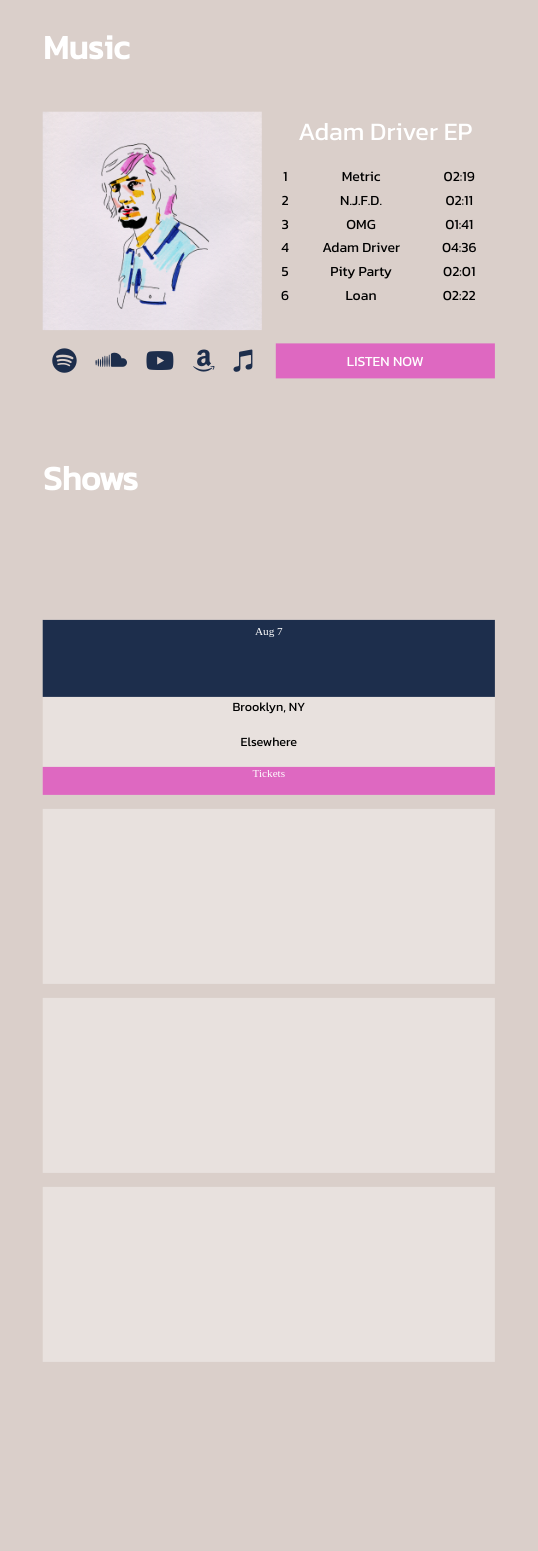
Repository: KrystellBarraza/SipperNYC
Page: index.html
An editor plug-in stored every save of this project. The page is shown before and after the next save, followed by the edit.
The browser window is 768 px wide. The pictures show the part of the page from y = 1392 to 3632 px (the page is 3607 px tall before and 3632 px after), at 70% of full size.
Some web libraries are served in a nearby version.

Above is the page before, as saved 2019-08-27 21:42:47.

### index.html
<!DOCTYPE html>
    <head>
        <meta charset="utf-8">
        <meta http-equiv="X-UA-Compatible" content="IE=edge">
        <title>Sipper</title>
        <meta name="description" content="Wholesome and intrinsically delicate, SIPPER is an NYC based band who wants nothing more than to make you enjoy whatever they put out.">
        <meta name="viewport" content="width=device-width, initial-scale=1">
        <script src="https://kit.fontawesome.com/0942df55aa.js"></script>
        <script src="https://ajax.googleapis.com/ajax/libs/jquery/3.4.1/jquery.min.js"></script>
        <link rel="stylesheet" href="https://ajax.googleapis.com/ajax/libs/jqueryui/1.12.1/themes/smoothness/jquery-ui.css">
        <script src="https://ajax.googleapis.com/ajax/libs/jqueryui/1.12.1/jquery-ui.min.js"></script>
        <link href="https://fonts.googleapis.com/css?family=Kanit&display=swap" rel="stylesheet">
        <link rel="stylesheet" href="venobox/venoboxcopy.css" type="text/css" media="screen">
        <link rel="stylesheet" href="style.css">
    </head>
    <body>

        <div class="container-home">
            <div class="head">
                <header>
                    <h1><a href="index.html">Sipper</a></h1>

                    <div id="toggleText">
                        <p class="menuToggle Open placeHolder"></p>
                        <p class="menuToggle Close" style="color: #FFF;"></p>
                    </div>

                    <div id="menu">
                        <ul id="hiddenMenu">
                            <li><a href="#video">Video</a></li>
                            <li><a href="#music">Music</a></li>
                            <li><a href="#shows">Shows</a></li>
                            <li><a href="#about">About</a></li>
                        </ul>
                    </div>

                    <div class="inlineMenu">
                        <a href="#video">Video</a>
                        <a href="#music">Music</a>
                        <a href="#shows">Shows</a>
                        <a href="#about">About</a>
                    </div>

                </header>
            </div>

            <div id="menu-container"></div>

            <div class="menu">
                <div class="flexbox-nav">
                    <nav class="side-Nav">
                        <li><a href="#video">Video</a></li>
                        <li><a href="#music">Music</a></li>
                        <li><a href="#shows">Shows</a></li>
                        <li><a href="#about">About</a></li>
                    </nav>
                </div>
            </div>

            <div class="album">
                <img src="images/albumcover.jpg">
            </div>

            <div class="footer"></div>

        </div>


        <div class="container-video">
            <div class="head-video">
                <h1 id="video">Video</h1>
            </div>

            <div class="container video-a">
                <div class="content">
                    <a class="venobox" data-autoplay="true" data-vbtype="video" data-gall="myGallery" href="https://youtu.be/N3MalJX4Ll4">
                        <div class="content-overlay"></div>
                        <img class="content-image" src="images/AdamDriver.jpg" alt="Adam Driver">
                        <div class="content-details fadeIn-bottom">
                            <p class="content-title">Adam Driver</p>
                        </div>
                    </a>
                </div>
            </div>

            <div class="container video-b">
                <div class="content">
                    <a class="venobox" data-autoplay="true" data-vbtype="video" data-gall="myGallery" href="https://youtu.be/suzVxfuO1rU">
                        <div class="content-overlay"></div>
                        <img class="content-image" src="images/Metric.jpg" alt="Metric">
                        <div class="content-details fadeIn-top">
                            <p class="content-title">Metric</p>
                        </div>
                    </a>
                </div>
            </div>

            <div class="container video-c">
                <div class="content">
                    <a class="venobox" data-autoplay="true" data-vbtype="video" data-gall="myGallery" href="https://youtu.be/sNYNVeHuiyg">
                        <div class="content-overlay"></div>
                        <img class="content-image" src="images/NJFD.jpg" alt="N.J.F.D.">
                        <div class="content-details fadeIn-left">
                            <p class="content-title">N.J.F.D.</p>
                        </div>
                    </a>
                </div>
            </div>

            <div class="container video-d">
                <div class="content">
                    <a class="venobox" data-autoplay="true" data-vbtype="video" data-gall="myGallery" href="https://youtu.be/S9CmWtUvWd0">
                        <div class="content-overlay"></div>
                        <img class="content-image" src="images/OMG.jpg" alt="OMG">
                        <div class="content-details fadeIn-right">
                            <p class="content-title">OMG</p>
                        </div>
                    </a>
                </div>
            </div>

            <div class="footer-video"></div>

        </div>

        <div class="container-music">
            <div class="head-music">
                <h1 id="music">Music</h1>
            </div>

            <div class="ep">
                <img src="images/albumcover.jpg">
            </div>

            <div class="music-k">
                <p class="ep-title">Adam Driver EP</p>

                <table>
                    <tr>
                        <td>1</td>
                        <td>Metric</td>
                        <td>02:19</td>
                    </tr>
                    <tr>
                        <td>2</td>
                        <td>N.J.F.D.</td>
                        <td>02:11</td>
                    </tr>
                    <tr>
                        <td>3</td>
                        <td>OMG</td>
                        <td>01:41</td>
                    </tr>
                    <tr>
                        <td>4</td>
                        <td>Adam Driver</td>
                        <td>04:36</td>
                    </tr>
                    <tr>
                        <td>5</td>
                        <td>Pity Party</td>
                        <td>02:01<td>
                    </tr>
                    <tr>
                        <td>6</td>
                        <td>Loan</td>
                        <td>02:22</td>
                    </tr>
                </table>
            </div>

            <div class="music-j">
                <div class="listen">
                    <a href="https://levelmusic.lnk.to/AdamDriver_EP" target="_blank">Listen Now</a>
                </div>
            </div>

            <div class="fabIcons music-g">
                <a href="https://open.spotify.com/album/55qLPgpA8Q9fKp5JZo5pjp" target="_blank"><i class="fab fa-spotify"></i></a>
                <a href="https://soundcloud.com/invertebratemusic/sets/sipper-adam-driver-ep" target="_blank"><i class="fab fa-soundcloud"></i></a>
                <a href="https://www.youtube.com/channel/UC4grwiaSitqhA_vmRum_fdg/search?query=sipper" target="_blank"><i class="fab fa-youtube"></i></a>
                <a href="https://www.amazon.com/gp/product/B07QJBL8ZX/ref=dm_ws_sp_ps_dp" target="_blank"><i class="fab fa-amazon"></i></a>
                <a href="https://music.apple.com/us/album/1459355658?app=music" target="_blank"><i class="fab fa-itunes-note"></i></a>
            </div>

            <div class="footer-music"></div>

        </div>

        <div class="container-shows">
            <div class="head-shows">
                <h1 id="shows">Shows</h1>
            </div>

            <div class="shows-m">
                <div class="dates-container-flex">
                    <div class="date">Aug 7</div>

                    <div class="location">
                        <p>Brooklyn, NY</p>
                    </div>

                    <div class="venue">
                        <p>Elsewhere</p>
                    </div>

                    <div class="tickets">Tickets</div>
                </div>
            </div>


            <div class="shows-n">
                <div class="dates-container-flex">

                </div>
            </div>


            <div class="shows-o">
                <div class="dates-container-flex">

                </div>
            </div>

            <div class="shows-p">
                <div class="dates-container-flex">

                </div>
            </div>

            <div class="footer-shows"></div>

        </div>

        <script src="app.js" async defer></script>
        <script src="venobox/venobox.mincopy.js" async defer></script>
    </body>
</html>

### style.css
* {
    box-sizing: border-box;
}

html {
    scroll-behavior: smooth;
}

body {
    margin: 0;
    background-color: #dacfca;
}

p, li {
    font-family: 'Kanit', sans-serif;
}

p {
    font-size: 18px;
    margin: 0;
}

h1 {
    font-family: 'Kanit', sans-serif;
    color: #fff;
    font-size: 48px;
}

a {
    text-decoration: none;
    color: #fff;
}

/* Header - Home */

.container-home {
    display: grid;
    grid-template-columns: repeat(12, 1fr);
    grid-template-rows: auto 2fr 1fr;
    grid-gap: 5px;
    grid-column-gap: 20px;
    padding-left: 8%;
    padding-right: 8%;
    grid-template-areas:
    "h h h h h h h h h h h h"
    "c c c c c c c c c m m m"
    "c c c c c c c c c m m m"
    "c c c c c c c c c m m m"
    "f f f f f f f f f f f f";
}

.head {
    grid-area: h;
}

.inlineMenu {
    font-family: 'Kanit', sans-serif;
    font-size: 22px;
    word-spacing: 1em;
    top: 16%;
    right: 10%;
    position: absolute;
}

@media (min-width: 566px) and (max-width: 569px) {
    .inlineMenu {
        top: 19.5%;
        word-spacing: .5em;
    }
}

/* Toggled Header Nav */

#toggleText {
    top: 5%;
    right: 10%;
    color: #fff;
    position: absolute;
    z-index: 10;
}

#menu-container {
    background-color: #1d2e4c;
    position: absolute;
    width: 100%;
    left: 0%;
    height: 100vh;
    z-index: 6;
}

#menu {
    background-color: #1d2e4c;
    position: absolute;
    top: 0%;
    left: 0%;
    width: 100%;
    height: 100vh;
    z-index: 7;
}

#hiddenMenu {
    position: absolute;
    top: 30%;
}

p.placeHolder {
    display: none;
}

p.Open:before {
    content: "Menu";
}

p.Close:before {
    content: "Close";
}

ul {
    list-style: none;
}

li {
    font-size: 44px;
    line-height: 46pt;
}

/* Toggled Menu Media Queries */

@media only screen and (max-width: 450px) {
    nav {
        visibility: hidden;
    }
}

@media only screen and (min-width: 450px) {
    #toggleText {
        visibility: hidden;
    }

    #menu {
        visibility: hidden;
    }

    #menu-container {
        visibility: hidden;
    }
}

/* Scrollbar */

::-webkit-scrollbar { width: 8px; }

::-webkit-scrollbar-track { color: transparent; }

::-webkit-scrollbar-thumb {
    background-color: rgba(000, 0, 0, 0.2);
    border-radius: 5px;
}

/* Menu */

.menu {
    grid-area: m;
}

.flexbox-nav {
    display: flex;
    align-items: flex-end;
    justify-content: flex-end;
    margin-top: 356px;
}

.side-nav {
    align-self: flex-end;
    margin-top: 30px;
}

nav > a {
    font-family: 'Kanit', sans-serif;
    color: #fff;
    font-size: 48px;
}

nav > li {
    list-style-type: none;
    padding: 0;
    margin: 0;
}

@media only screen and (max-width: 416px){
    .menu {
        display: none;
    }

    .container-home {
        display: grid;
        grid-template-columns: repeat(12, 1fr);
        grid-template-rows: auto 2fr 1fr;
        grid-gap: 5px;
        padding-left: 8%;
        padding-right: 8%;
        grid-template-areas:
        "h h h h h h h h h h h h"
        "c c c c c c c c c c c c"
        "c c c c c c c c c c c c"
        "c c c c c c c c c c c c"
        "f f f f f f f f f f f f";
    }

    .album > img {
        object-fit: contain;
        width: 100%;
    }

}

/* Inline Menu Queries */

@media only screen and (max-width: 416px) {
    .inlineMenu {
        display: none;
    }
}

@media only screen and (min-width: 766px){
    .inlineMenu {
        display: none;
    }
}

/* Mobile Landscape Queries */

@media (orientation: landscape) and (max-width: 766px) {
    .menu {
        display: none;
    }

    .container-home {
        display: grid;
        grid-template-columns: repeat(12, 1fr);
        grid-template-rows: auto 2fr 1fr;
        grid-gap: 5px;
        padding-left: 8%;
        padding-right: 8%;
        grid-template-areas:
        "h h h h h h h h h h h h"
        "c c c c c c c c c c c c"
        "c c c c c c c c c c c c"
        "c c c c c c c c c c c c"
        "f f f f f f f f f f f f";
    }

    .album > img {
        object-fit: contain;
        width: 100%;
    }
}

/* Album */

.album {
    grid-area: c;
}

.album > img {
    object-fit: contain;
    width: 100%;
    max-height: 600px;
}

.footer {
    grid-area: f;
    height: 70px;
}


/* Video */

.container-video {
    display: grid;
    grid-template-columns: repeat(12, 1fr);
    grid-template-rows: auto 1fr 1fr;
    grid-gap: 5px;
    grid-column-gap: 20px;
    padding-left: 8%;
    padding-right: 8%;
    grid-template-areas:
    "h h h h h h h h h h h h"
    "a a a a a a b b b b b b"
    "c c c c c c d d d d d d"
    "f f f f f f f f f f f f";
}

.head-video {
    grid-area: h;
}

.video-a {
    grid-area: a;
    justify-self: center;
}

.video-b {
    grid-area: b;
    justify-self: center;
}

.video-c {
    grid-area: c;
    justify-self: center;
}

.video-d {
    grid-area: d;
    justify-self: center;
}

.footer-video {
    grid-area: f;
    height: 70px;
}

.container .title {
    text-align: center;
}

.content {
    position: relative;
    width: 100%;
    max-width: 550px;
    overflow: hidden;
}

.content .content-overlay {
    background: rgba(0,0,0,0.7);
    position: absolute;
    height: 99%;
    width: 100%;
    opacity: 0;
    -webkit-transition: all 0.4s ease-in-out 0s;
    -moz-transition: all 0.4s ease-in-out 0s;
    transition: all 0.4s ease-in-out 0s;
}

.content:hover .content-overlay {
    opacity: 1;
}

.content-image {
    width: 100%;
}

.content-details {
    position: absolute;
    text-align: center;
    padding-left: 1em;
    padding-right: 1em;
    width: 100%;
    top: 50%;
    left: 50%;
    opacity: 0;
    -webkit-transform: translate(-50%, -50%);
    -moz-transform: translate(-50%, -50%);
    transform: translate(-50%, -50%);
    -webkit-transition: all 0.3s ease-in-out 0s;
    -moz-transition: all 0.3s ease-in-out 0s;
    transition: all 0.3s ease-in-out 0s;
}

.content:hover .content-details {
    top: 50%;
    left: 50%;
    opacity: 1;
}

.content-details p {
    color: #fff;
    font-weight: 500;
    letter-spacing: 0.15em;
    margin-bottom: 0.5em;
    font-size: 0.8em;
    text-transform: uppercase;
}

.fadeIn-bottom {
    top: 80%;
}

.fadeIn-top {
    top: 20%;
}

.fadeIn-left {
    left: 20%;
}

.fadeIn-right {
    left: 80%;
}

@media only screen and (max-width: 416px){
    .container-video {
        display: grid;
        grid-template-columns: repeat(12, 1fr);
        grid-template-rows: auto 1fr 1fr;
        grid-gap: 5px;
        padding-left: 8%;
        padding-right: 8%;
        grid-template-areas:
        "h h h h h h h h h h h h"
        "a a a a a a a a a a a a"
        "b b b b b b b b b b b b"
        "c c c c c c c c c c c c"
        "d d d d d d d d d d d d"
        "f f f f f f f f f f f f";
    }

    .footer-video {
        display: none;
    }
}

/* Music */

.container-music {
    display: grid;
    grid-template-columns: repeat(12, 1fr);
    grid-template-rows: repeat(6, 1fr);
    grid-gap: 5px;
    grid-column-gap: 20px;
    padding-left: 8%;
    padding-right: 8%;
    grid-template-areas:
    "h h h h h h h h h h h h"
    "e e e e e e k k k k k k"
    "e e e e e e k k k k k k"
    "e e e e e e j j j j j j"
    "e e e e e e g g g g g g"
    "f f f f f f f f f f f f";
}

.head-music {
    grid-area: h;
}

.footer-music {
    grid-area: f;
    height: 70px;
}

.ep {
    grid-area: e;
}

.ep > img {
    object-fit: contain;
    width: 100%;
    max-height: 600px;
}

.music-k {
    grid-area: k;
}

.music-k > .ep-title {
    object-fit: contain;
    text-align: center;
    font-size: 48px;
    color: #fff;
    margin: 0;
    width: 100%;
}

.music-k > table {
    font-family: 'Kanit', sans-serif;
    object-fit: contain;
    text-align: center;
    padding-top: 20px;
    border: 0;
    font-size: 20px;
    width: 100%;
}

.music-g {
    grid-area: g;
    align-items: center;
}

.fabIcons {
    display: flex;
    justify-content: space-around;
}

i {
    font-family:'FontAwesome';
    font-size: 50px;
    color: #1d2e4c;
    transition: 0.5s;
}

i.fab:hover {
    color: #3a527c;
}

.music-j {
    grid-area: j;
    align-items: center;
}

.listen {
    margin-top: 50px;
    display: flex;
    justify-content: space-around;
    background: #de68c1;
    font-family: 'Kanit', sans-serif;
    text-transform: uppercase;
    text-align: center;
    align-items: center;
    height: 50px;
    font-size: 1.25em;
    -webkit-transition: 0.5s;
    transition: 0.5s;
    border: none;
}

.listen:hover {
    background: #e794ce;
}

@media only screen and (max-width: 376px) {
    i {
        font-size: 40px;
    }
}

@media screen and (max-width: 824px) {
    .music-k > .ep-title {
        font-size: 36px;
        text-align: center;
    }

    i {
        font-size: 36px;
    }

    .container-music {
        display: grid;
        grid-template-columns: repeat(12, 1fr);
        grid-template-rows: 1fr 1fr 1fr auto;
        grid-gap: 5px;
        grid-column-gap: 20px;
        padding-left: 8%;
        padding-right: 8%;
        grid-template-areas:
        "h h h h h h h h h h h h"
        "e e e e e e k k k k k k"
        "e e e e e e k k k k k k"
        "g g g g g g j j j j j j"
        "f f f f f f f f f f f f";
    }

    .listen {
        margin-top: 10px;
    }

    .fabIcons {
        margin-top: 10px;
    }
}

@media (orientation: landscape) and (max-width: 668px) {
    .music-k > .ep-title {
        font-size: 25px;
    }

    .music-k > table {
        font-size: 14px;
        width: 100%;
        text-align: center;
    }

    .listen {
        margin-top: 0;
    }

    .fabIcons {
        margin-top: 0;
    }
}

@media only screen and (max-width: 416px) {
    .container-music {
        display: grid;
        grid-template-columns: repeat(12, 1fr);
        grid-template-rows: 1fr auto;
        grid-gap: 5px;
        grid-column-gap: 20px;
        padding-left: 8%;
        padding-right: 8%;
        grid-template-areas:
        "h h h h h h h h h h h h"
        "e e e e e e e e e e e e"
        "e e e e e e e e e e e e"
        "k k k k k k k k k k k k"
        "k k k k k k k k k k k k"
        "j j j j j j j j j j j j"
        "g g g g g g g g g g g g"
        "f f f f f f f f f f f f";
    }

    .music-k > table {
        font-size: 16px;
        width: 100%;
        text-align: center;
    }

    .music-k > .ep-title {
        font-size: 36px;
        text-align: center;
    }

    .listen {
        margin-top: 20px;
    }

    .music-g {
        margin-top: 25px;
        margin-bottom: 25px;
    }

    .footer-music {
        display: none;
    }

}

/* Shows */

.container-shows {
    display: grid;
    grid-template-columns: repeat(12, 1fr);
    grid-template-rows: repeat(6, 1fr);
    grid-gap: 5px;
    grid-column-gap: 20px;
    padding-left: 8%;
    padding-right: 8%;
    grid-template-areas:
    "h h h h h h h h h h h h"
    "m m m m m m m m m m m m"
    "n n n n n n n n n n n n"
    "o o o o o o o o o o o o"
    "p p p p p p p p p p p p"
    "f f f f f f f f f f f f";
}

.head-shows {
    grid-area: h;
}

.shows-m {
    grid-area: m;
}

.shows-n {
    grid-area: n;
}

.shows-o {
    grid-area: o;
}

.shows-p {
    grid-area: p;
}

.footer-shows {
    grid-area: f;
    height: 70px;
}

.dates-container-flex {
    display: flex;
    flex-direction: column;
    flex-flow: row wrap;
    justify-content: space-between;
    align-content: space-between;
    background-color: rgba(255, 255, 255, 0.37);
    transition: 0.5s;
    height: 115px;
}

.dates-container-flex:hover {
    background-color: rgba(255, 255, 255, 0.568);
}

.date {
    background-color: #1d2e4c;
    color: #FFF;
    width: 130px;
    height: 115px;
    text-align: center;
    line-height: 2em;
    order: 1;
    align-self: flex-start;
}

.location {
    width: 250px;
    height: 115px;
    text-align: center;
    order: 2;
}

.venue {
    width: 250px;
    height: 115px;
    text-align: center;
    order: 3;
}

.tickets {
    background-color: #de68c1;
    color: #FFF;
    width: 130px;
    height: 115px;
    text-align: center;
    order: 4;
    align-self: flex-end;
    -webkit-transition: 0.5s;
            transition: 0.5s;
}

.tickets:hover {
    background-color: #e794ce;
}

@media screen and (max-width: 769px) {
    .container-shows {
        grid-gap: 20px;
    }

    .dates-container-flex {
        height: 250px;
    }

    .date {
        width: 100%;
        height: 110px;
    }

    .location {
        width: 100%;
        height: 50px;
    }

    .venue {
        width: 100%;
        height: 50px;
    }

    .tickets {
        width: 100%;
        height: 40px;
    }
}

### app.js
$(document).ready(() => {
    $('#toggleText').click(() => {
      $('.menuToggle').toggleClass('placeHolder');
      $('#menu').toggle('slide',{direction:'up'}, 1000);
      $('#menu-container').toggle('fade',{direction: 'down'}, 500);
    });
  });

  $(document).ready(function(){
    $('.venobox').venobox({
        spinner:'three bounce',
        closeBackground: 'transparent'
    });
});

Loaded but not shown: venobox/venoboxcopy.css (common file); venobox/venobox.mincopy.js (library)

After the next save:
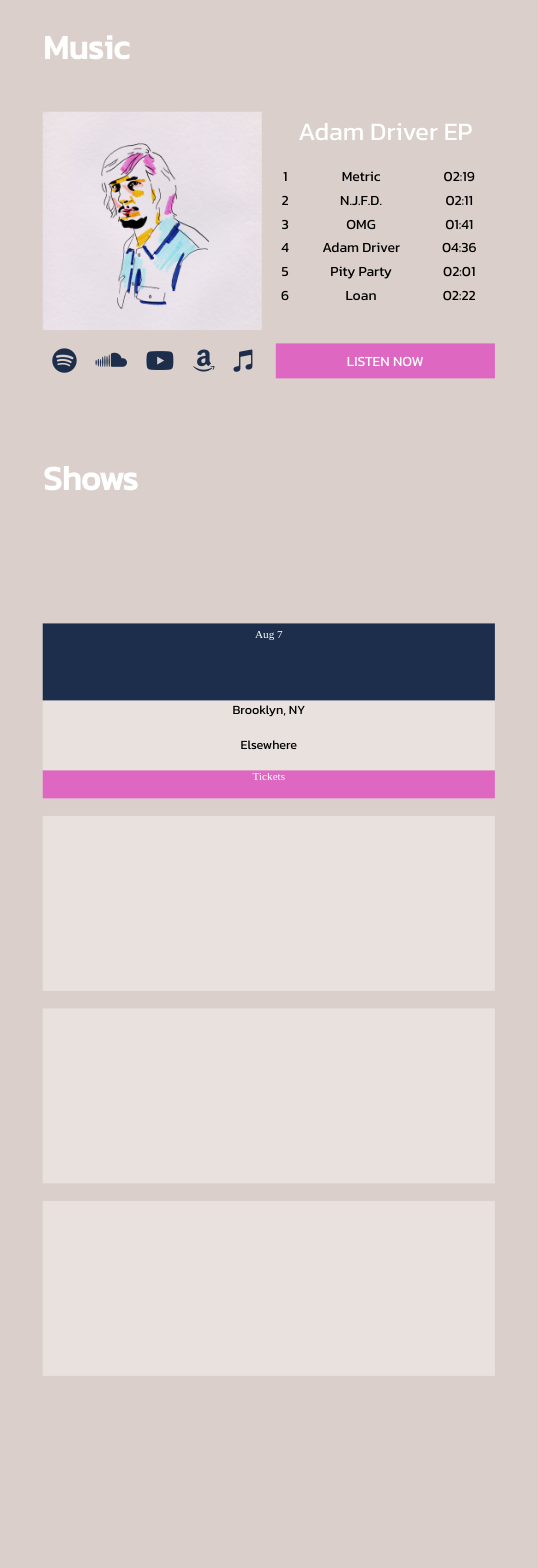
Saved 12 s later.
--- a/style.css
+++ b/style.css
@@ -736,7 +736,7 @@ i.fab:hover {
 
 @media screen and (max-width: 769px) {
     .container-shows {
-        grid-gap: 20px;
+        grid-gap: 25px;
     }
 
     .dates-container-flex {
